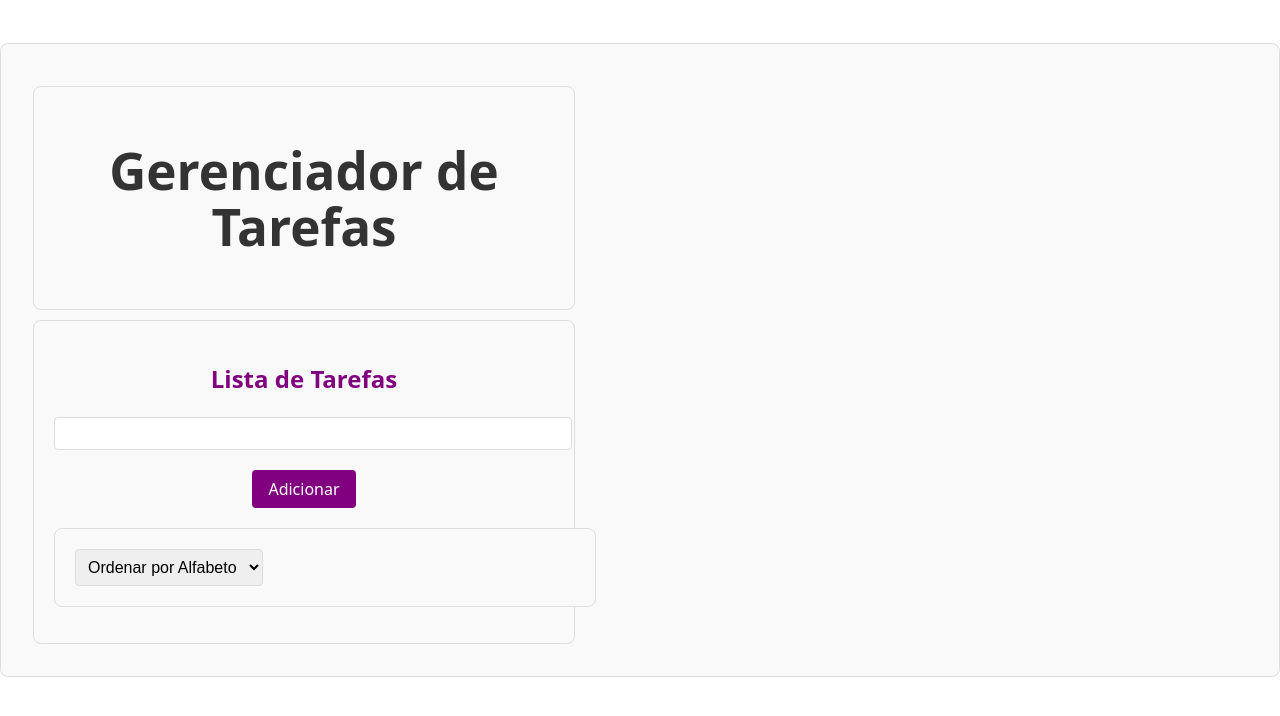
Repository: matheusarrabal12/todo
Page: /
These files come from the project's save history. The page is drawn as it stood at one moment and after a run of saves; the edit follows.
The browser window is 1280 px wide. The pictures show the whole page.
The project was rebuilt for these pictures with package versions that can differ from the ones it lists, and the page was loaded fresh each time. Also part of the build but not shown: vite.config.js.

Above is the page before, as saved 2025-04-03 15:21:24.

### src/App.jsx
import ListaTarefas from './components/ListaTarefas';

import './App.css';

function App() {
  return(
    < >
    <div class= "divcabeçalho">
    <h1>Gerenciador de Tarefas</h1>
    </div>
    <ListaTarefas />

    </>
  ) ;
}

export default App;

### src/components/ListaTarefas.jsx
import { useState, useEffect } from "react";
import './ListaTarefas.css';

function ListaTarefas() {
  const [tarefas, setTarefa] = useState([]);
  const [novaTarefa, setNovaTarefa] = useState("");
  const [ordenacao, setOrdenacao] = useState("alfabetica");

  useEffect(() => {
    // Serve para recuperar as informações apos atualizar a pagina
    const tarefasSalvas = JSON.parse(localStorage.getItem("tarefas"));
    if (tarefasSalvas) {
      setTarefa(tarefasSalvas);
    }
  }, []);

  useEffect(() => {
    // Salva as tarefas no localStorage sempre que a lista mudar
    localStorage.setItem("tarefas", JSON.stringify(tarefas));
  }, [tarefas]);

  const adicionarTarefa = () => {
    if (novaTarefa.trim() !== "") {
      const novaTarefaObj = { texto: novaTarefa, concluida: false, dataAdicao: new Date() };
      setTarefa([...tarefas, novaTarefaObj]);
      setNovaTarefa("");
    }
  };

  const removerTarefa = (indice) => {
    setTarefa(tarefas.filter((_, i) => i !== indice));
  };

  const marcarTarefaConcluida = (indice) => {
    const novasTarefas = [...tarefas];
    novasTarefas[indice].concluida = !novasTarefas[indice].concluida;
    setTarefa(novasTarefas);
  };

  const ordenarTarefas = (criterio) => {
    let tarefasOrdenadas = [...tarefas];
    if (criterio === "alfabetica") {
      tarefasOrdenadas.sort((a, b) => a.texto.localeCompare(b.texto));
    }
    setTarefa(tarefasOrdenadas);
    setOrdenacao(criterio);
  };

  return (
    <div>
      <h2>Lista de Tarefas</h2>
      <input
        type="text"
        value={novaTarefa}
        onChange={(e) => setNovaTarefa(e.target.value)}
      />
      <button onClick={adicionarTarefa}>Adicionar</button>

      <div id="ordenacao">
        <select value={ordenacao} onChange={(e) => ordenarTarefas(e.target.value)}>
          <option value="alfabetica">Ordenar por Alfabeto</option>
        </select>
      </div>

      <ul>
        {tarefas.map((tarefa, indice) => (
          <li key={indice} className={tarefa.concluida ? "concluida" : ""}>
            {tarefa.texto}
            <div>
              <button className="marcar-concluida" onClick={() => marcarTarefaConcluida(indice)}>
                {tarefa.concluida ? "Desmarcar" : "Concluir"}
              </button>
              <button className="remover" onClick={() => removerTarefa(indice)}>Remover</button>
            </div>
          </li>
        ))}
      </ul>
    </div>
  );
}

export default ListaTarefas;

### src/components/ListaTarefas.css
/* Estilos para a lista de tarefas */
h2 {
    text-align: center;
    color: purple;
  }

  h1 {
    text-align: center;
    color: #333;
  }

  div {
    width: 100%;
    max-width: 500px;
    margin-top: 10px;
    padding: 20px;
    border: 1px solid #ddd;
    border-radius: 8px;
    background-color: #f9f9f9;
  }

  input[type="text"] {
    width: 100%;
    padding: 8px;
    margin-bottom: 10px;
    border: 1px solid #ddd;
    border-radius: 4px;
  }

  button {
    padding: 8px 16px;
    background-color: purple;
    color: white;
    border: none;
    border-radius: 4px;
    cursor: pointer;
    font-size: 16px;
    margin-top: 10px;
  }

  button:hover {
    background-color: purple;
  }

  ul {
    list-style-type: none;
    padding: 0;
  }

  li {
    display: flex;
    justify-content: space-between;
    align-items: center;
    padding: 10px;
    margin-bottom: 8px;
    background-color: #fff;
    border: 1px solid #ddd;
    border-radius: 4px;
  }

  li.concluida {
    text-decoration: line-through;
    background-color: #e0e0e0;
  }

  button.remover {
    background-color: #f44336;
  }

  button.remover:hover {
    background-color: #e53935;
  }

  button.marcar-concluida {
    background-color: #2196f3;
  }

  button.marcar-concluida:hover {
    background-color: #1976d2;
  }

  #ordenacao {
    margin-top: 20px;
    display: flex;
    justify-content: space-between;
  }

  #ordenacao select {
    padding: 8px;
    font-size: 16px;
    border-radius: 4px;
    border: 1px solid #ddd;
  }

  .divcabeçalho {
     background:

Loaded but not shown: index.html (common file); src/main.jsx (common file); src/index.css (common file); src/App.css (common file)

After the next 3 saves:
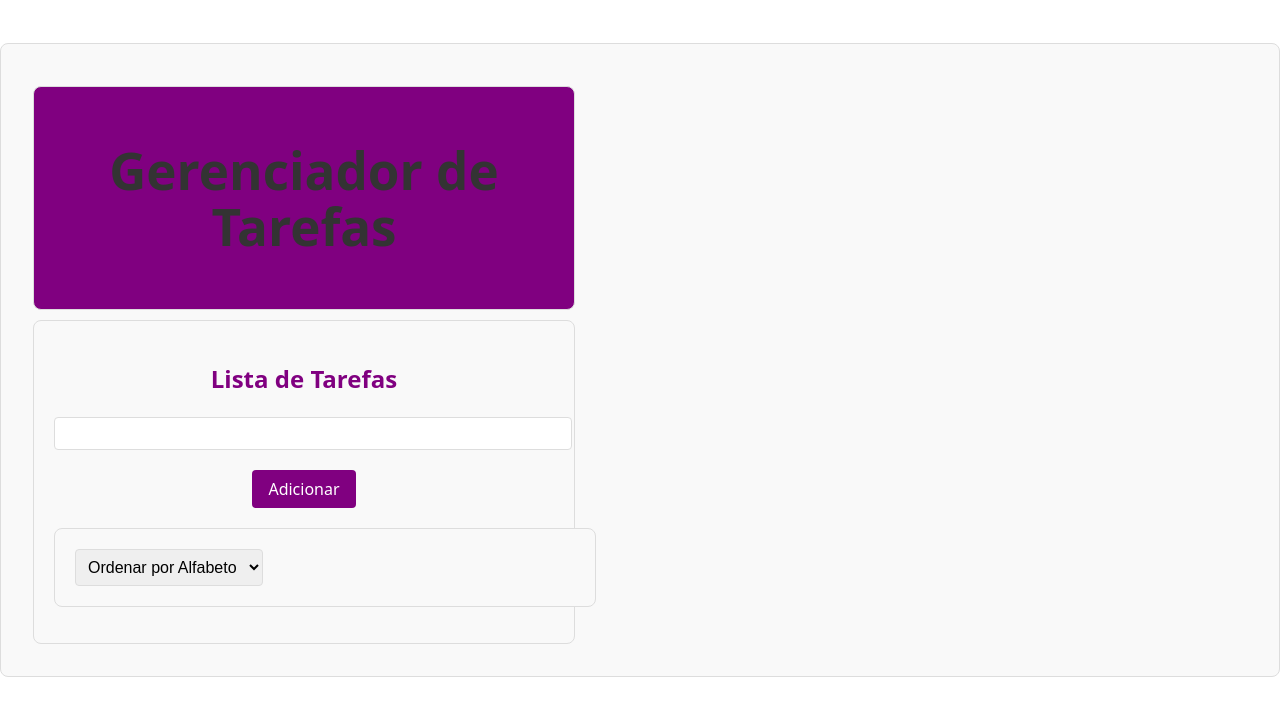
The 3 saves are shown as one change because they came seconds apart.
The last was saved 17 s later.
--- a/src/components/ListaTarefas.css
+++ b/src/components/ListaTarefas.css
@@ -93,4 +93,4 @@ h2 {
   }
 
   .divcabeçalho {
-     background:
+     background: purple;
